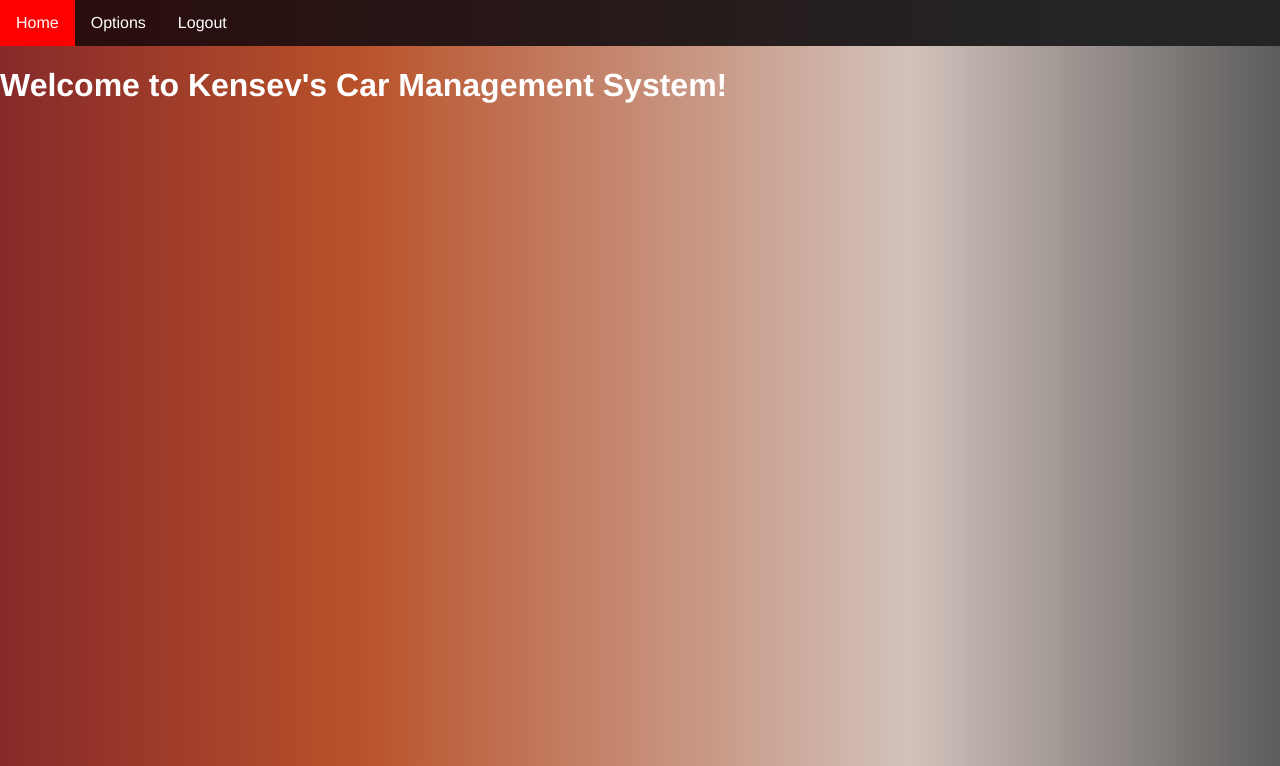
Repository: kensevv/nevexisDemos
Page: http://localhost/Car_Rental_Management_System/home.jsp
The author's editor kept a copy of each file at every save. The page is drawn from the files as they stood at one save, then again after the next save.
The browser window is 1280 px wide. The pictures show the whole page.
The page is served by Tomcat 9. Nobody is signed in. The application's start-up code is not run. Other server files are loaded and not shown.

Above is the page before, as saved 2021-03-25 23:40:20.

### Car_Rental_Management_System/src/main/webapp/home.jsp
<%@ page language="java" contentType="text/html; charset=UTF-8"
	pageEncoding="ISO-8859-1"%>

<%@ taglib uri="http://java.sun.com/jsp/jstl/core" prefix="c"%>

<!DOCTYPE html>
<html>
<head>
<title>Home</title>
</head>
<%@include file="htmlTemplates/navigationBar.html"%>
<body>
	<div id="root">
		<h1 class="header">Welcome to Kensev's Car Management System!</h1>
	</div>
</body>
<style><%@include file="css/style.css"%></style>
</html>

### Car_Rental_Management_System/src/main/webapp/htmlTemplates/navigationBar.html
<div class="navbar">
		<a href="home.jsp">Home</a>
		<div class="dropdown">
			<button class="dropbtn">
				Options <i class="fa fa-caret-down"></i>
			</button>
			<div class="dropdown-content">
				<a href="list">List All Vehicles</a>
				<a href="VehicleForm.jsp">Add new Vehicle</a>
				<a href="removeForm">Remove Vehicle</a>
				<a href="edit">Modify Vehicle</a>
			</div>
		</div>
		<a href="login.jsp">Logout</a>
	</div>

### Car_Rental_Management_System/src/main/webapp/css/style.css
@charset "UTF-8";

body, html, div#root {height: 100%; }

body {
    font-size: 16px;
    margin: 0;
    background: rgb(134,41,41);
background: linear-gradient(90deg, rgba(134,41,41,1) 0%, rgba(185,82,42,1) 28%, rgba(210,194,187,1) 71%, rgba(92,92,92,1) 100%);
}

* {
    font-family: Helvetica, sans-serif;
}

div#root {
    display: flex;
    flex-direction: column;
}

main {
    height: 100%;
   background: rgb(134,41,41);
background: linear-gradient(90deg, rgba(134,41,41,1) 0%, rgba(185,82,42,1) 28%, rgba(210,194,187,1) 71%, rgba(92,92,92,1) 100%);
}

header {
    display: flex;
    justify-content: space-between;
    align-items: center;

    padding-left: 5%;
    padding-right: 5%;

    height: 9%;
  }

main {
    display: flex;
    justify-content: center;
    align-content: flex-start;
    flex-wrap: wrap;
}

main{
    padding: 7px;
}

.button {
	display: inline-block;
	padding: 0.3em 1.2em;
	margin: 0 0.3em 0.3em 0;
	border-radius: 2em;
	box-sizing: border-box;
	text-decoration: none;
	font-family: 'Roboto', sans-serif;
	font-weight: 300;
	color: 	white;
	background-color: 	rgb(144,144,144);
	text-align: center;
	transition: all 0.2s;
	border-width: thick;
}

.header {
	color: white;
}

.navbar {
	overflow: hidden;
	background: rgb(42,11,11);
background: linear-gradient(90deg, rgba(42,11,11,1) 0%, rgba(36,36,36,1) 83%);
}

.navbar a {
	float: left;
	font-size: 16px;
	color: white;
	text-align: center;
	padding: 14px 16px;
	text-decoration: none;
}

.dropdown {
	float: left;
	overflow: hidden;
}

.dropdown .dropbtn {
	font-size: 16px;
	border: none;
	outline: none;
	color: white;
	padding: 14px 16px;
	background-color: inherit;
	font-family: inherit;
	margin: 0;
}

.navbar a:hover, .dropdown:hover .dropbtn {
	background-color: red;
}

.dropdown-content {
	display: none;
	position: absolute;
	background-color: #f9f9f9;
	min-width: 160px;
	box-shadow: 0px 8px 16px 0px rgba(0, 0, 0, 0.2);
	z-index: 1;
}

.dropdown-content a {
	float: none;
	color: black;
	padding: 12px 16px;
	text-decoration: none;
	display: block;
	text-align: left;
}

.dropdown-content a:hover {
	background-color: #ddd;
}

.dropdown:hover .dropdown-content {
	display: block;
}

.box {
	position: absolute;
	top: 50%;
	left: 50%;
	transform: translate(-50%, -50%);
}

.box select {
	background-color: rgb(80,80,80);
	color: white;
	padding: 12px;
	width: 250px;
	border: none;
	font-size: 20px;
	box-shadow: 0 5px 25px rgba(0, 0, 0, 0.2);
	-webkit-appearance: button;
	appearance: button;
	outline: none;
}

.box select option {
	padding: 30px;
	background-color: rgb(190,190,190);
}

.wrapper {
	margin: 0 auto;
	padding: 40px;
	max-width: 800px;
}
.table {
	margin: 0 0 40px 0;
	width: 100%;
	box-shadow: 0 1px 3px rgba(0, 0, 0, 0.2);
	display: table;
}

.row {
	display: table-row;
	background: rgb(65,65,65);
background: linear-gradient(90deg, rgba(65,65,65,1) 0%, rgba(168,168,168,1) 50%, rgba(82,82,82,1) 100%);
}


.cell {
	display: none;
	margin-bottom: 10px;
	padding: 6px 12px;
	display: table-cell;
}

.modify {
	display: flex;
    flex-direction: column;
}

#modifyTitle {
	color: white;
    font-size: larger;
    font-weight: bold;
    font-style: italic;
    background-color: 	rgb(144,144,144);
}

After the next save:
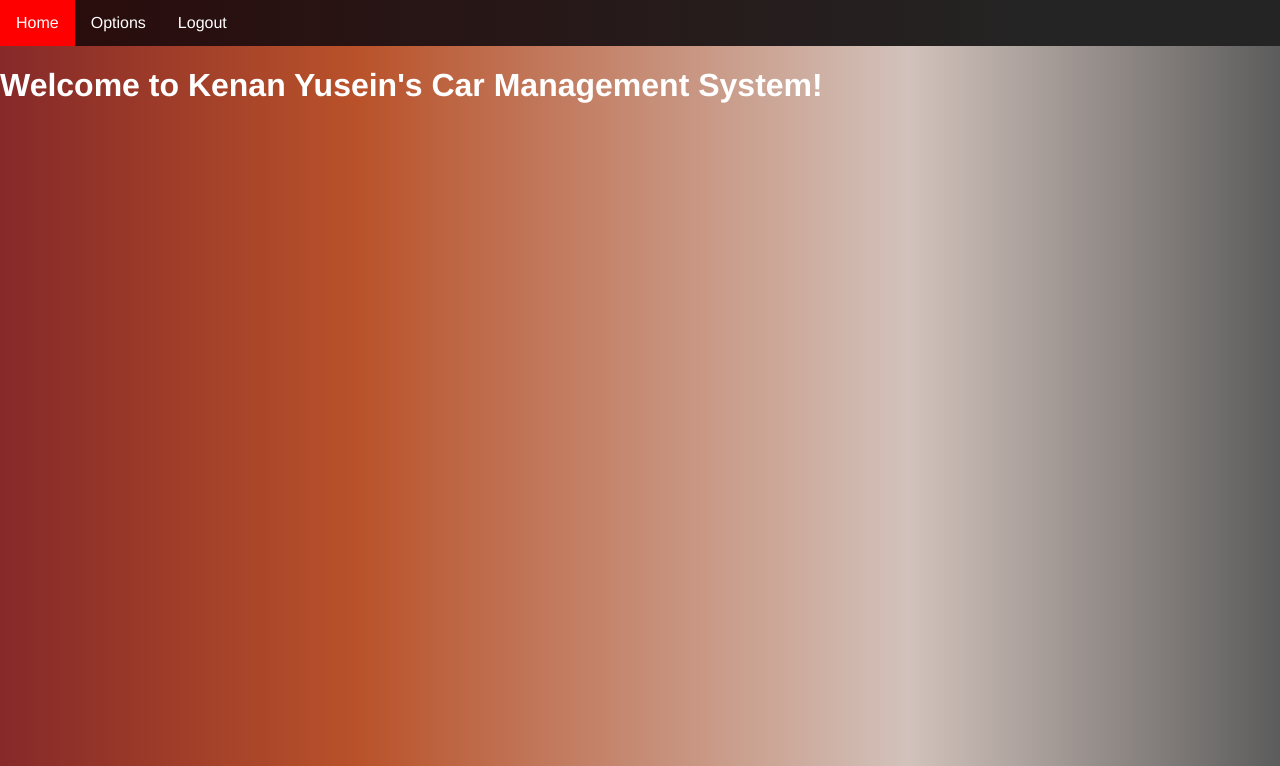
Saved 99 s later.
--- a/Car_Rental_Management_System/src/main/webapp/home.jsp
+++ b/Car_Rental_Management_System/src/main/webapp/home.jsp
@@ -11,7 +11,7 @@
 <%@include file="htmlTemplates/navigationBar.html"%>
 <body>
 	<div id="root">
-		<h1 class="header">Welcome to Kensev's Car Management System!</h1>
+		<h1 class="header">Welcome to Kenan Yusein's Car Management System!</h1>
 	</div>
 </body>
 <style><%@include file="css/style.css"%></style>
